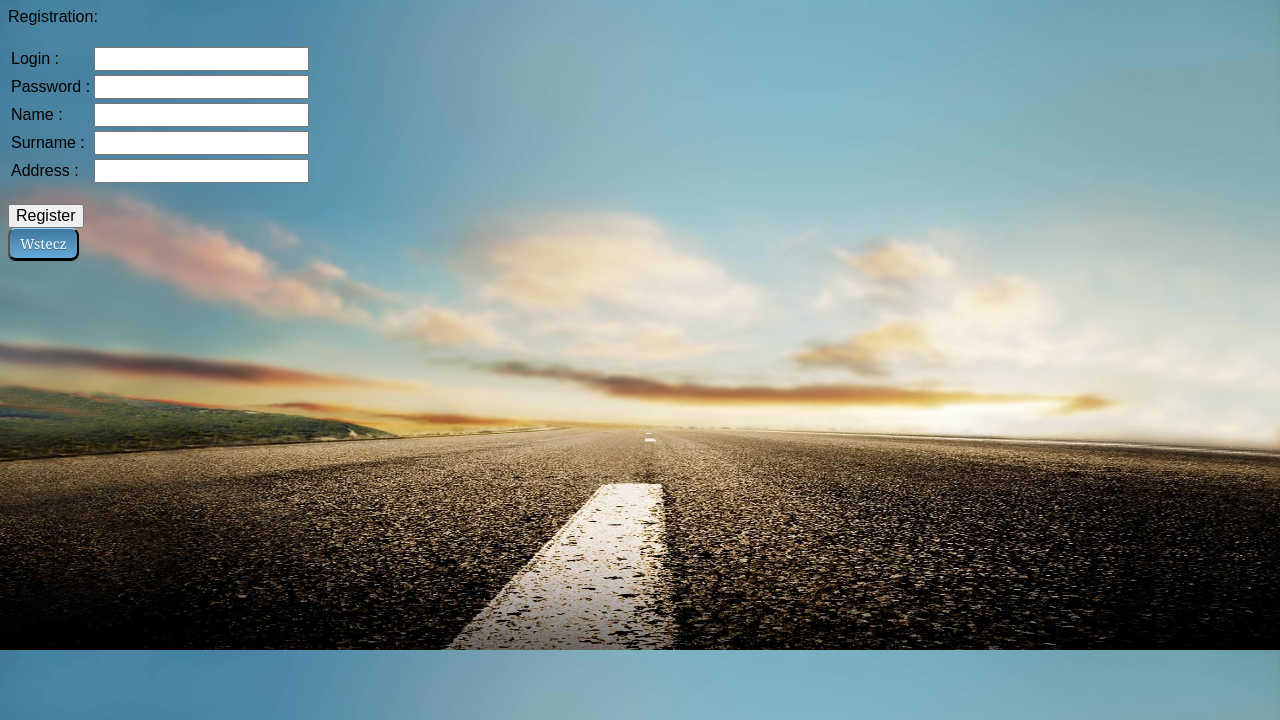
Repository: zlenyk/wrzucak
Page: http://localhost/Shop/registration.html
The author's editor kept a copy of each file at every save. The page is drawn from the files as they stood at one save, then again after the next save.
The browser window is 1280 px wide. The pictures show the whole page.
The page is served by Tomcat 9.

Above is the page before, as saved 2013-09-25 12:07:18.

After the next save:
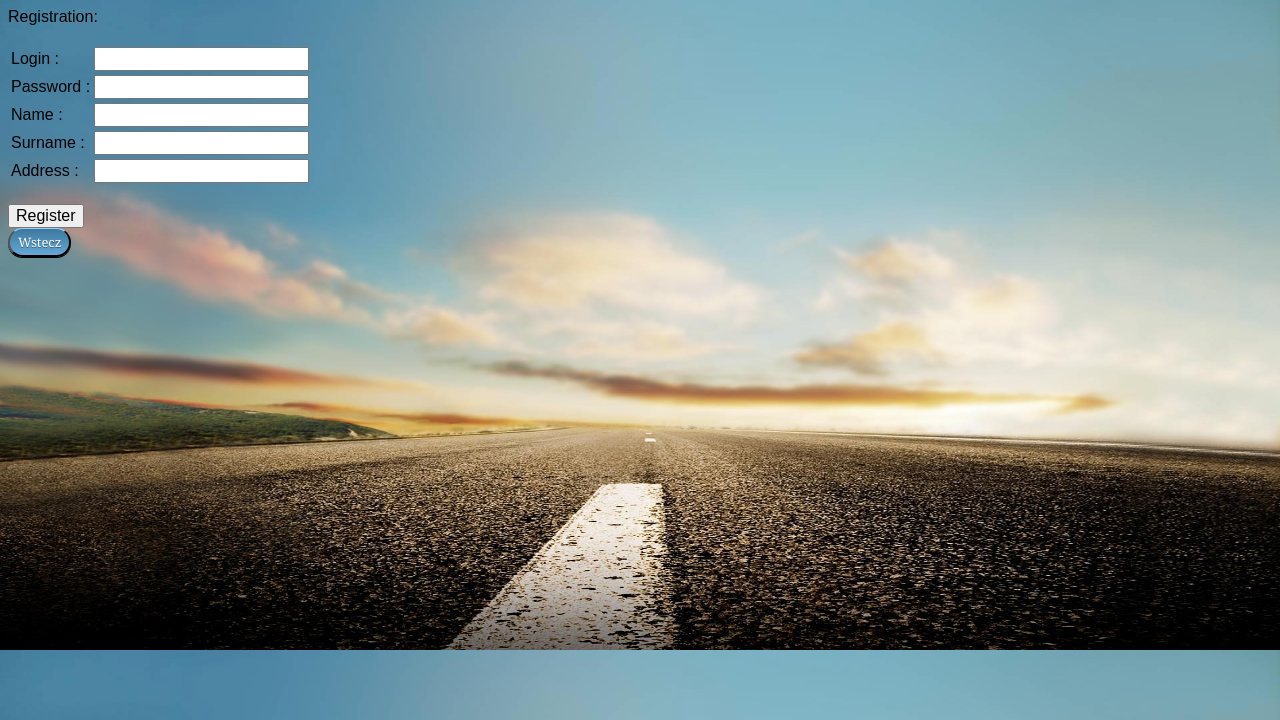
Saved 79 s later.
--- a/Shop/WebContent/style.css
+++ b/Shop/WebContent/style.css
@@ -44,21 +44,20 @@ textarea {
    background: -moz-linear-gradient(top, #3e779d, #65a9d7);
    background: -ms-linear-gradient(top, #3e779d, #65a9d7);
    background: -o-linear-gradient(top, #3e779d, #65a9d7);
-   padding: 5px 10px;
-   -webkit-border-radius: 8px;
-   -moz-border-radius: 8px;
-   border-radius: 8px;
+   padding: 4px 8px;
+   -webkit-border-radius: 40px;
+   -moz-border-radius: 40px;
+   border-radius: 40px;
    -webkit-box-shadow: rgba(0,0,0,1) 0 1px 0;
    -moz-box-shadow: rgba(0,0,0,1) 0 1px 0;
    box-shadow: rgba(0,0,0,1) 0 1px 0;
    text-shadow: rgba(0,0,0,.4) 0 1px 0;
    color: white;
-   font-size: 14px;
+   font-size: 13px;
    font-family: Georgia, serif;
    text-decoration: none;
    vertical-align: middle;
 }
-
 ul, ul li {
 	display: block;
 	list-style: none;
